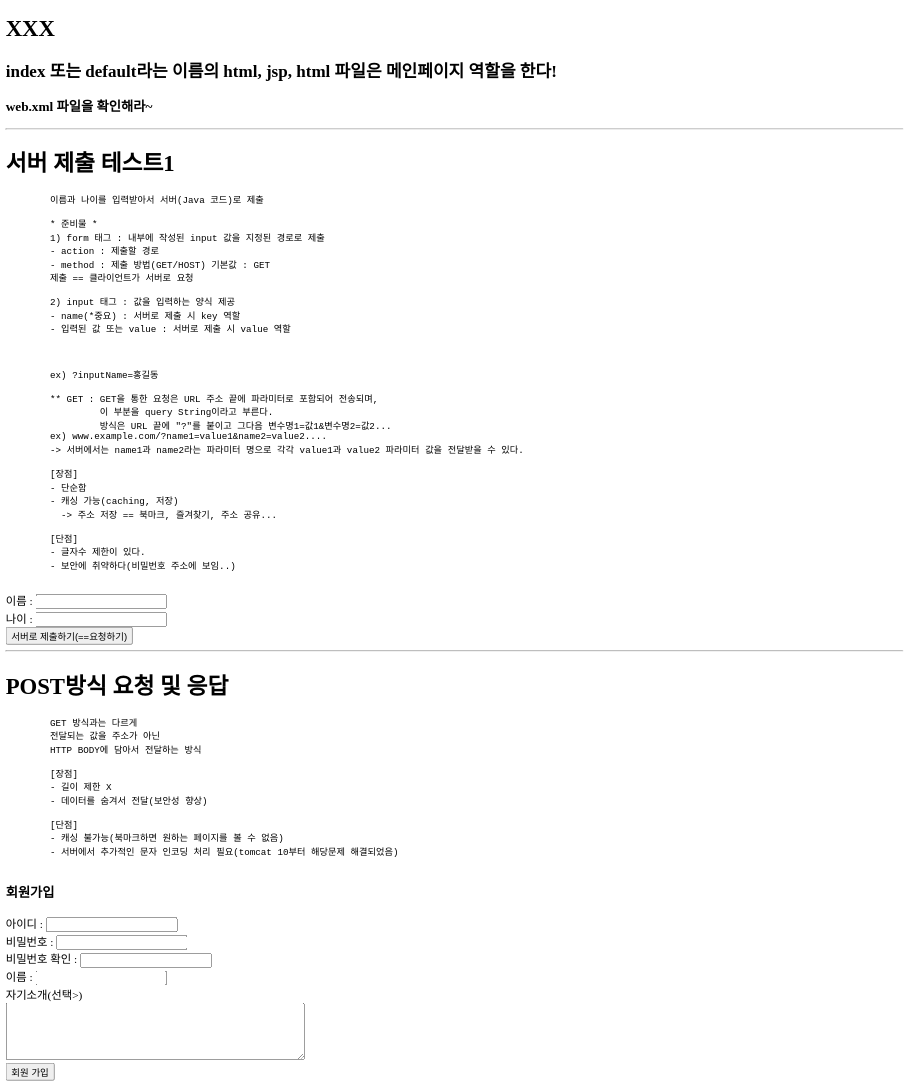
Repository: peb7544/05_Server
Page: ServletProject/src/main/webapp/index.html
These files come from the project's save history. The page is drawn as it stood at one moment and after the next save; the edit follows.
The browser window is 1280 px wide. The pictures show the whole page, at 71% of full size.

Above is the page before, as saved 2024-03-21 06:32:01.

### ServletProject/src/main/webapp/index.html
<!DOCTYPE html>
<html lang="en">
<head>
    <meta charset="UTF-8">
    <meta name="viewport" content="width=device-width, initial-scale=1.0">
    <title>Servlet 프로젝트</title>
</head>
<body>
    <h1>XXX</h1>
    <h2>index 또는 default라는 이름의 html, jsp, html 파일은 메인페이지 역할을 한다!</h2>
    <h3>web.xml 파일을 확인해라~</h3>

    <hr>

    <h1>서버 제출 테스트1</h1>

    <pre>
        이름과 나이를 입력받아서 서버(Java 코드)로 제출

        * 준비물 *
        1) form 태그 : 내부에 작성된 input 값을 지정된 경로로 제출
        - action : 제출할 경로
        - method : 제출 방법(GET/HOST) 기본값 : GET
        제출 == 클라이언트가 서버로 요청

        2) input 태그 : 값을 입력하는 양식 제공
        - name(*중요) : 서버로 제출 시 key 역할
        - 입력된 값 또는 value : 서버로 제출 시 value 역할

        <!--<input name="inputName" value="홍길동"/>-->

        ex) ?inputName=홍길동

        ** GET : GET을 통한 요청은 URL 주소 끝에 파라미터로 포함되어 전송되며,
                 이 부분을 query String이라고 부른다.
                 방식은 URL 끝에 "?"를 붙이고 그다음 변수명1=값1&변수명2=값2...
        ex) www.example.com/?name1=value1&name2=value2....
        -> 서버에서는 name1과 name2라는 파라미터 명으로 각각 value1과 value2 파라미터 값을 전달받을 수 있다.

        [장점]
        - 단순함
        - 캐싱 가능(caching, 저장)
          -> 주소 저장 == 북마크, 즐겨찾기, 주소 공유...

        [단점]
        - 글자수 제한이 있다.
        - 보안에 취약하다(비밀번호 주소에 보임..)
    </pre>

    <form action="/example1" method="get">
        이름 : <input name="inputName">
        <br>
        나이 : <input type="number" name="inputAge">
        <br>
        <button>서버로 제출하기(==요청하기)</button>
    </form>

    <hr>

    <h1>POST방식 요청 및 응답</h1>

    <pre>
    	GET 방식과는 다르게
    	전달되는 값을 주소가 아닌
    	HTTP BODY에 담아서 전달하는 방식

    	[장점]
    	- 길이 제한 X
    	- 데이터를 숨겨서 전달(보안성 향상)

    	[단점]
    	- 캐싱 불가능(북마크하면 원하는 페이지를 볼 수 없음)
    	- 서버에서 추가적인 문자 인코딩 처리 필요(tomcat 10부터 해당문제 해결되었음)
    </pre>

    <h3>회원가입</h3>

    <form action="/signUp" method="post">
    	아이디 : <input type="test" name ="inputId" required> <br>
        비밀번호 : <input type="password" name="inputPw" required> <br>
        비밀번호 확인 : <input type="password" required> <br>
        이름 : <input name="inputName" required> <br>

        자기소개(선택>) <br>
        <textarea name="intro" cols="50" rows="5"></textarea>
        <br>
        <button>회원 가입</button>
    </form>




</body>
</html>

After the next save:
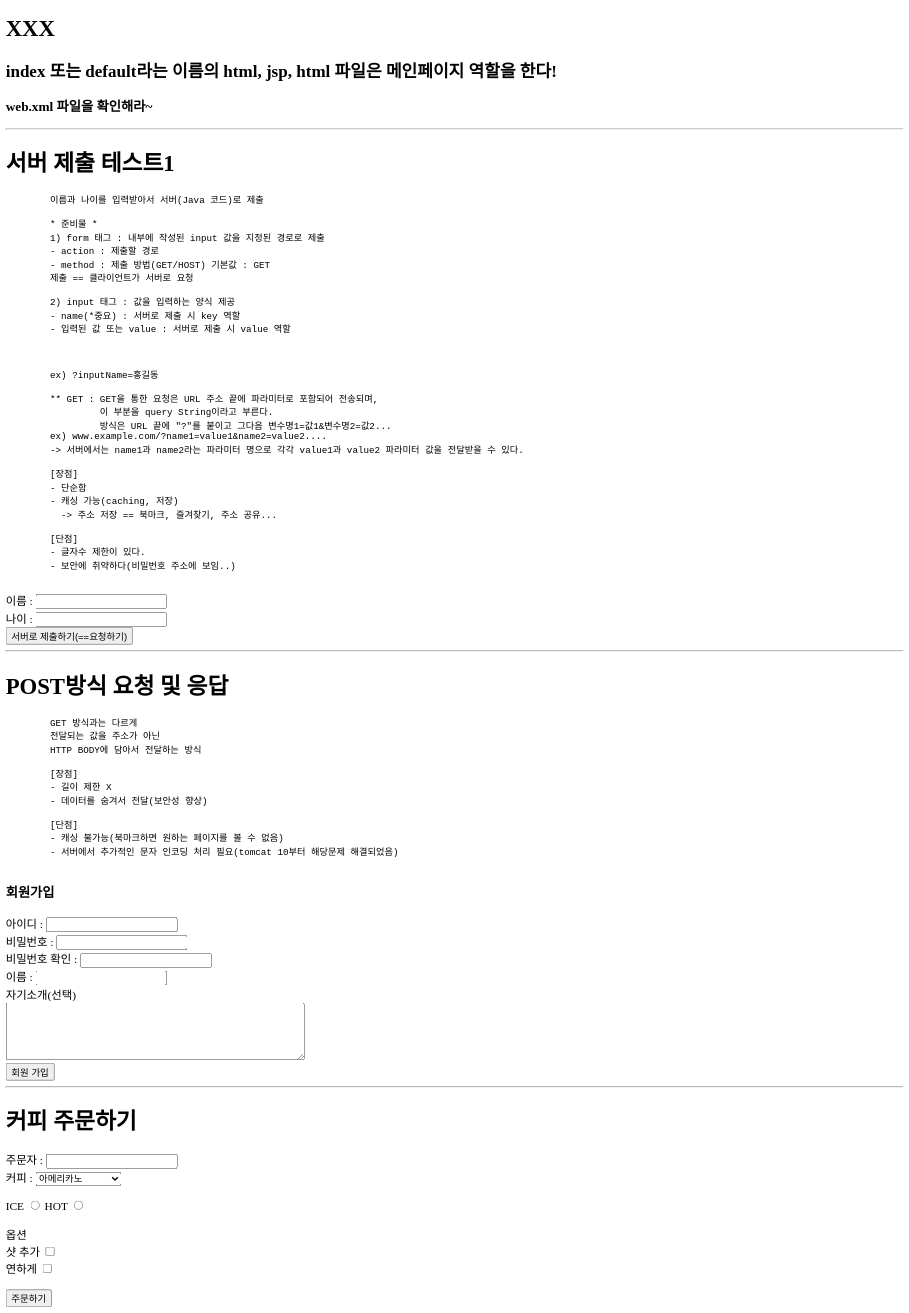
Saved 45 s later.
--- a/ServletProject/src/main/webapp/index.html
+++ b/ServletProject/src/main/webapp/index.html
@@ -81,13 +81,43 @@
         비밀번호 확인 : <input type="password" required> <br>
         이름 : <input name="inputName" required> <br>
 
-        자기소개(선택>) <br>
+        자기소개(선택) <br>
         <textarea name="intro" cols="50" rows="5"></textarea>
         <br>
         <button>회원 가입</button>
     </form>
 
+    <hr>
 
+    <h1>커피 주문하기</h1>
+
+    <form action="/coffee" method="get">
+        주문자 : <input name="orderer">
+        <br>
+
+        커피 : <select name="coffee">
+                <option>아메리카노</option>
+                <option>카페라떼</option>
+                <option>카푸치노</option>
+                <option>콜드브루</option>
+                <option>민트초코칩프라페</option>
+            </select>
+
+        <br><br>
+
+        ICE <input type="radio" name="type" value="ice">
+        HOT <input type="radio" name="type" value="hot">
+
+        <br><br>
+
+        옵션<br>
+        샷 추가 <input type="checkbox" name="opt" value="shot">
+        <br>
+        연하게 <input type="checkbox" name="opt" value="mild">
+        <br><br>
+
+        <button>주문하기</button>
+    </form>
 
 
 </body>
